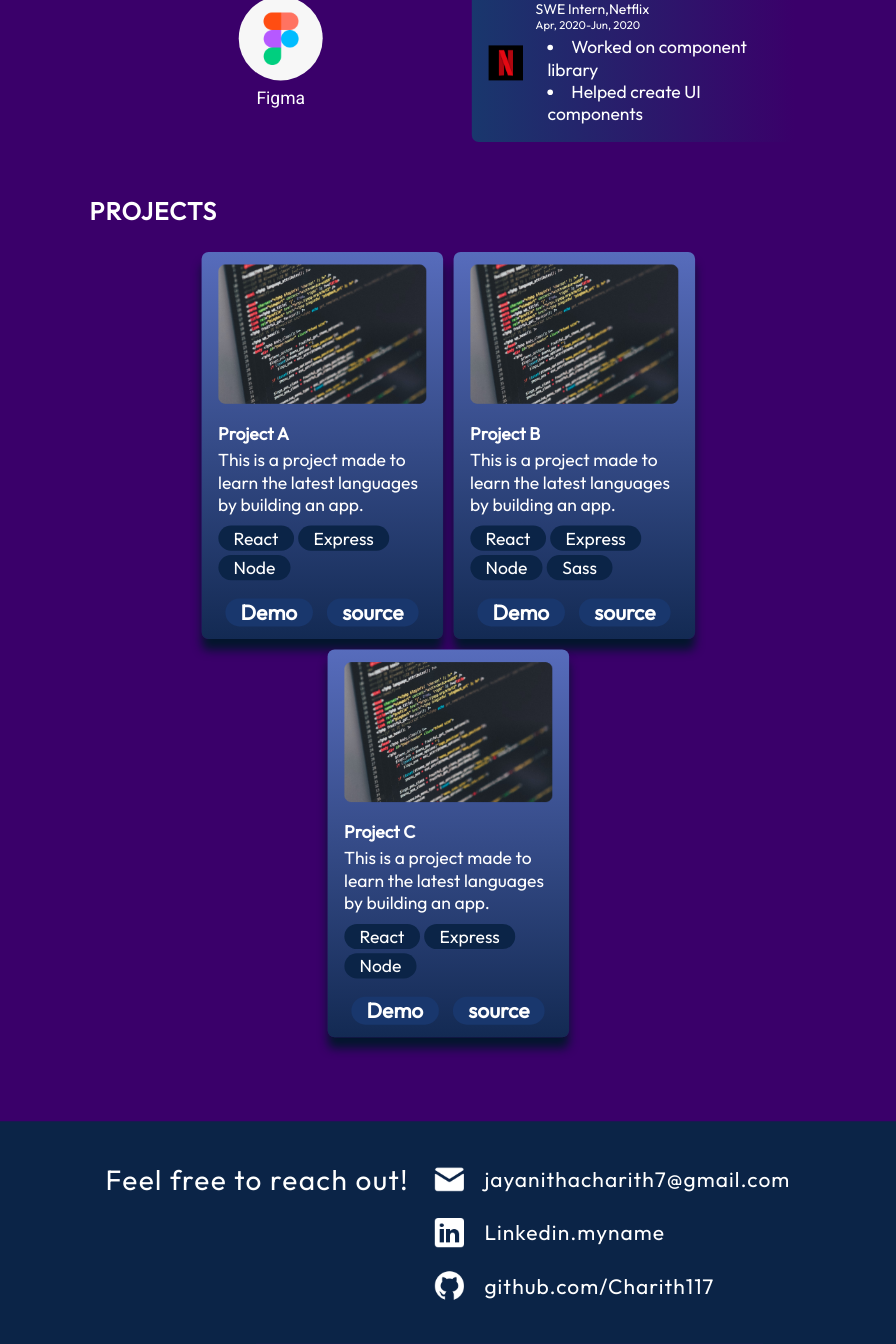
Repository: Charith117/personl-portfolio
Page: /
The author's editor kept a copy of each file at every save. The page is drawn from the files as they stood at one save, then again after the next save.
The browser window is 1280 px wide. The pictures show the part of the page from y = 2137 to 4057 px (the page is 4057 px tall), at 70% of full size.
The project was rebuilt for these pictures with package versions that can differ from the ones it lists, and the page was loaded fresh each time. Also part of the build but not shown: vite.config.js.

Above is the page before, as saved 2024-06-18 11:49:11.

After the next save:
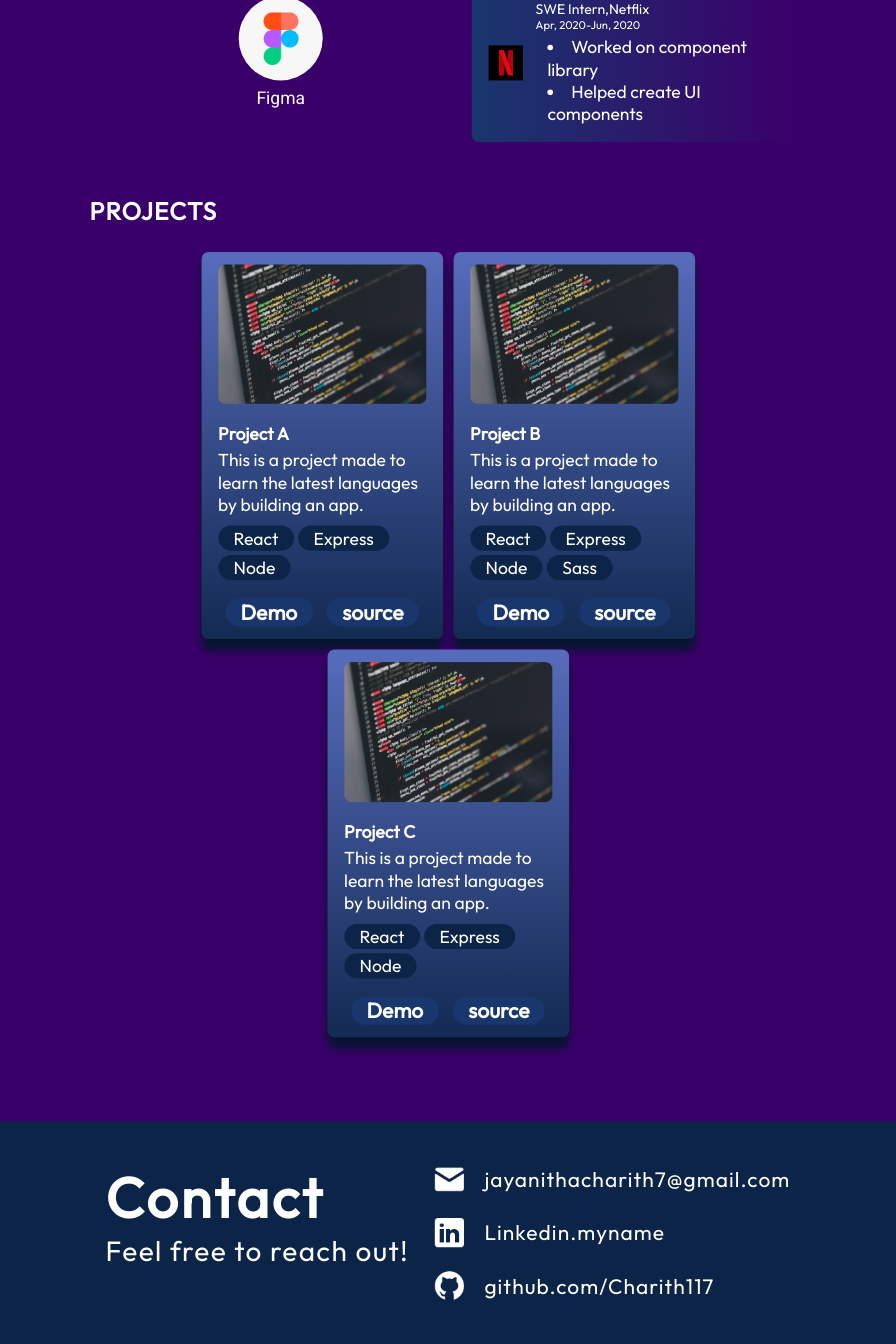
Saved 4 s later.
--- a/src/components/Contact/Contact.module.css
+++ b/src/components/Contact/Contact.module.css
@@ -16,7 +16,7 @@
 }
 
 .text h2{
-    font-size: 0px;
+    font-size: 80px;
     font-weight: 700;
     letter-spacing: 4px;
 }
